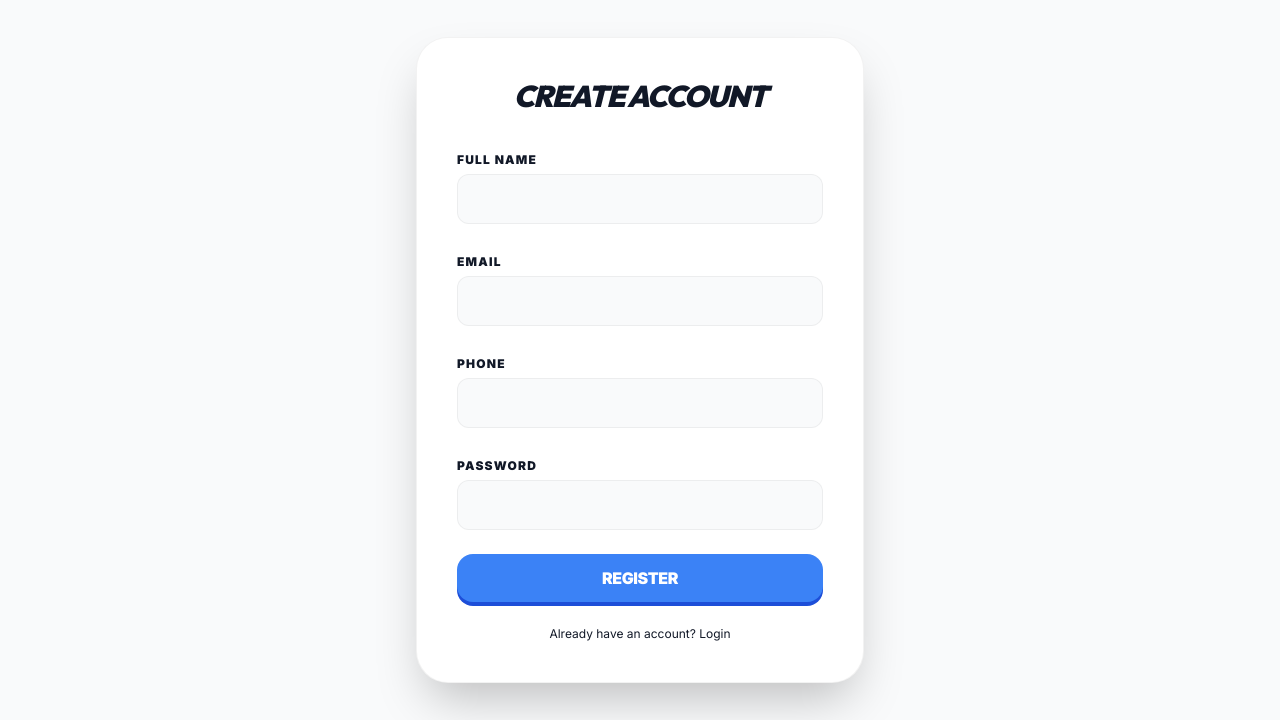
Repository: Paavo12/Localink
Page: frontend/register.html
The author's editor kept a copy of each file at every save. The page is drawn from the files as they stood at one save, then again after the next save.
The browser window is 1280 px wide. The pictures show the whole page.
Some web libraries are served in a nearby version.

Above is the page before, as saved 2026-05-21 10:48:36.

After the next save:
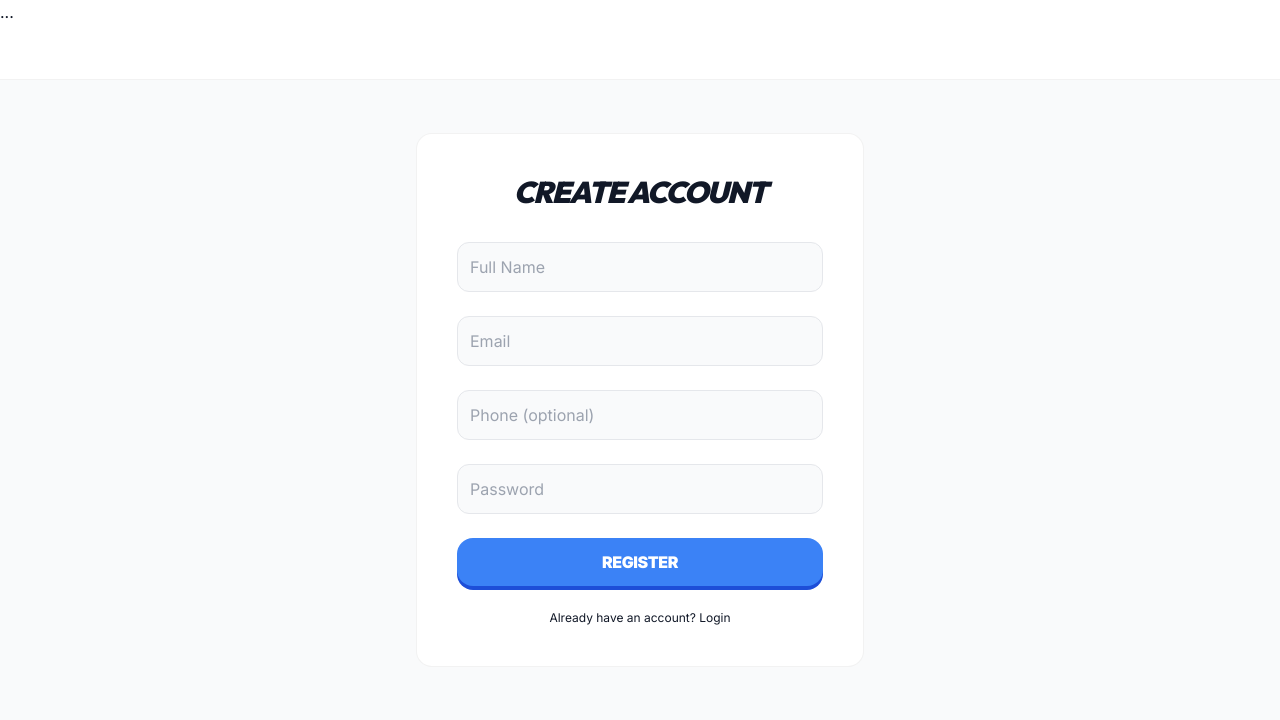
Saved 8 s later.
--- a/frontend/register.html
+++ b/frontend/register.html
@@ -2,33 +2,21 @@
 <html lang="en">
 <head>
   <meta charset="UTF-8">
-  <meta name="viewport" content="width=device-width, initial-scale=1.0">
   <title>Register – NamibConnect</title>
   <script src="https://cdn.tailwindcss.com"></script>
   <link rel="stylesheet" href="styles.css">
   <script src="script.js" defer></script>
 </head>
 <body class="bg-[var(--bg-main)] text-[var(--text-main)]">
-  <div class="min-h-screen flex items-center justify-center px-4">
-    <div class="bg-[var(--card-bg)] rounded-[2rem] border border-[var(--border-main)] shadow-2xl p-10 w-full max-w-md">
+  <nav class="fixed top-0 left-0 right-0 z-50 glass-nav h-20">...</nav>
+  <div class="min-h-screen flex items-center justify-center px-4 pt-20">
+    <div class="bg-[var(--card-bg)] rounded-2xl border border-[var(--border-main)] p-10 w-full max-w-md">
       <h1 class="text-3xl font-black uppercase italic tracking-tighter text-center mb-8">Create Account</h1>
       <form id="registerForm" class="space-y-6">
-        <div>
-          <label class="text-xs font-black uppercase tracking-widest">Full Name</label>
-          <input type="text" id="fullName" required class="w-full bg-[var(--bg-main)] border border-[var(--border-main)] rounded-xl p-3 mt-1">
-        </div>
-        <div>
-          <label class="text-xs font-black uppercase tracking-widest">Email</label>
-          <input type="email" id="email" required class="w-full bg-[var(--bg-main)] border border-[var(--border-main)] rounded-xl p-3 mt-1">
-        </div>
-        <div>
-          <label class="text-xs font-black uppercase tracking-widest">Phone</label>
-          <input type="tel" id="phone" class="w-full bg-[var(--bg-main)] border border-[var(--border-main)] rounded-xl p-3 mt-1">
-        </div>
-        <div>
-          <label class="text-xs font-black uppercase tracking-widest">Password</label>
-          <input type="password" id="password" required class="w-full bg-[var(--bg-main)] border border-[var(--border-main)] rounded-xl p-3 mt-1">
-        </div>
+        <div><input type="text" id="fullName" placeholder="Full Name" required class="w-full bg-[var(--bg-main)] border rounded-xl p-3"></div>
+        <div><input type="email" id="email" placeholder="Email" required class="w-full bg-[var(--bg-main)] border rounded-xl p-3"></div>
+        <div><input type="tel" id="phone" placeholder="Phone (optional)" class="w-full bg-[var(--bg-main)] border rounded-xl p-3"></div>
+        <div><input type="password" id="password" placeholder="Password" required class="w-full bg-[var(--bg-main)] border rounded-xl p-3"></div>
         <button type="submit" class="w-full btn-primary">Register</button>
       </form>
       <p class="text-center text-xs mt-6">Already have an account? <a href="login.html" class="text-accent">Login</a></p>
